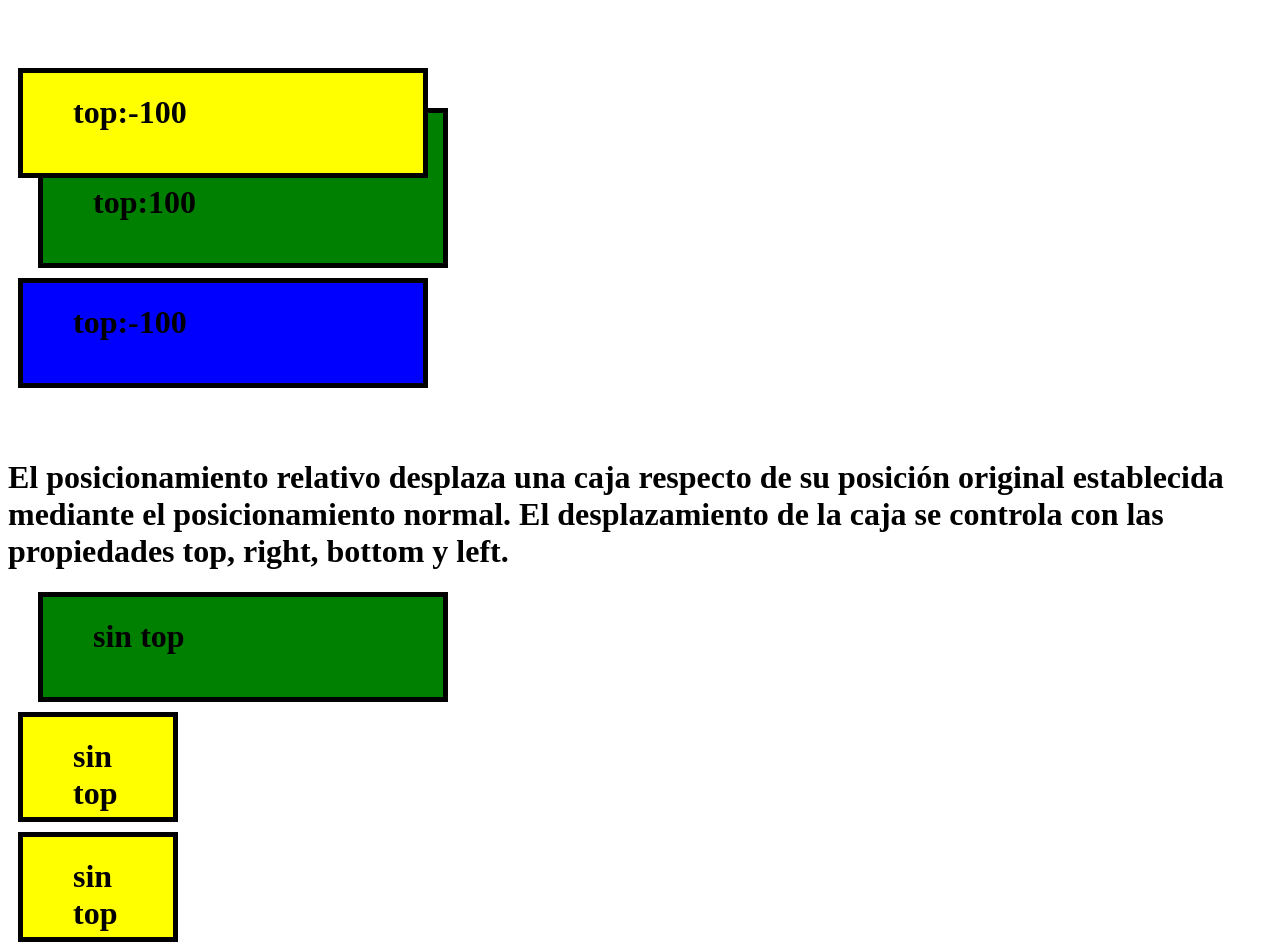
Repository: antonio63j/misNotas
Page: software/CSS/Demos/aptana_proyect/src/relativo.html
The author's editor kept a copy of each file at every save. The page is drawn from the files as they stood at one save, then again after the next save.
The browser window is 1280 px wide. The pictures show the whole page.

Above is the page before, as saved 2017-04-23 17:15:34.

### software/CSS/Demos/aptana_proyect/src/relativo.html
<!DOCTYPE html>
<html>
<head>
<style>

#caja1 {
  position:relative;
  top:100px;
  left:20px;
  width: 300px;
  height:100px;
  padding-left:  50px;
  padding-right: 50px;
  margin-left:   10px;
  margin-right:  10px;
  border: 5px solid black;
  padding-top: 50px;
  background-color:green;
}

#caja2 {
  position:relative;
  top:-100px;
  width: 300px;
  height:100px;
  padding-left:  50px;
  padding-right: 50px;
  margin-left:   10px;
  margin-right:  10px;
  border: 5px solid black;
  margin-bottom:50px;
  background-color:yellow;
}

#caja3 {
  position:relative;
  top:-50px;
  width: 300px;
  height:100px;
  padding-left:  50px;
  padding-right: 50px;
  margin-left:   10px;
  margin-right:  10px;
  border: 5px solid black;
  margin-bottom:10px;
  background-color: blue;
}

#caja11 {
  position:relative;
  left:20px;
  width: 300px;
  height:100px;
  padding-left:  50px;
  padding-right: 50px;
  margin-left:   10px;
  margin-right:  10px;
  border: 5px solid black;
  margin-bottom:10px;
  background-color:green;
}

#caja22 {
  position:relative;

  width: 50px;
  height:100px;
  padding-left:  50px;
  padding-right: 50px;
  margin-left:   10px;
  margin-right:  10px;
  border: 5px solid black;
  margin-bottom:10px;
  background-color:yellow;
}

#caja33 {
  position:relative;

  width: 50px;
  height:100px;
  padding-left:  50px;
  padding-right: 50px;
  margin-left:   10px;
  margin-right:  10px;
  border: 5px solid black;
  margin-bottom:10px;
  background-color:yellow;
}


</style>
</head>



<body>

<div id="caja1"><h1>top:100</h1></div>
<div id="caja2"><h1>top:-100</h1></div>
<div id="caja3"><h1>top:-100</h1></div>

<h1>El posicionamiento relativo desplaza una caja respecto de su posición original establecida mediante el posicionamiento normal. El desplazamiento de la caja se controla con las propiedades top, right, bottom y left.</h1>

<div id="caja11"><h1>sin top</h1></div>
<div id="caja22"><h1>sin top</h1></div>
<div id="caja33"><h1>sin top</h1></div>

</body>

</html>

After the next save:
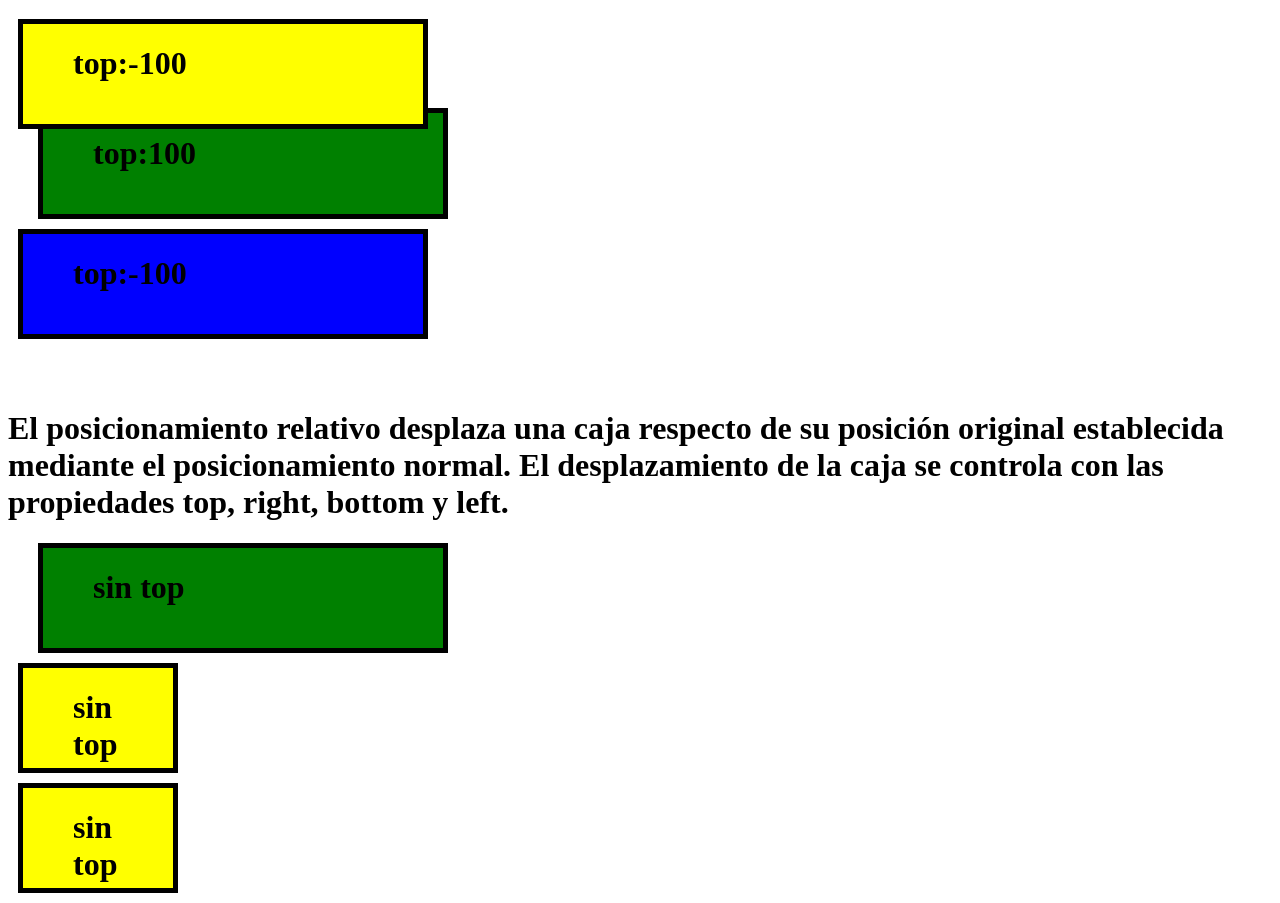
Saved 18 s later.
--- a/software/CSS/Demos/aptana_proyect/src/relativo.html
+++ b/software/CSS/Demos/aptana_proyect/src/relativo.html
@@ -14,7 +14,7 @@
   margin-left:   10px;
   margin-right:  10px;
   border: 5px solid black;
-  padding-top: 50px;
+  padding-top: 1px;
   background-color:green;
 }
 
